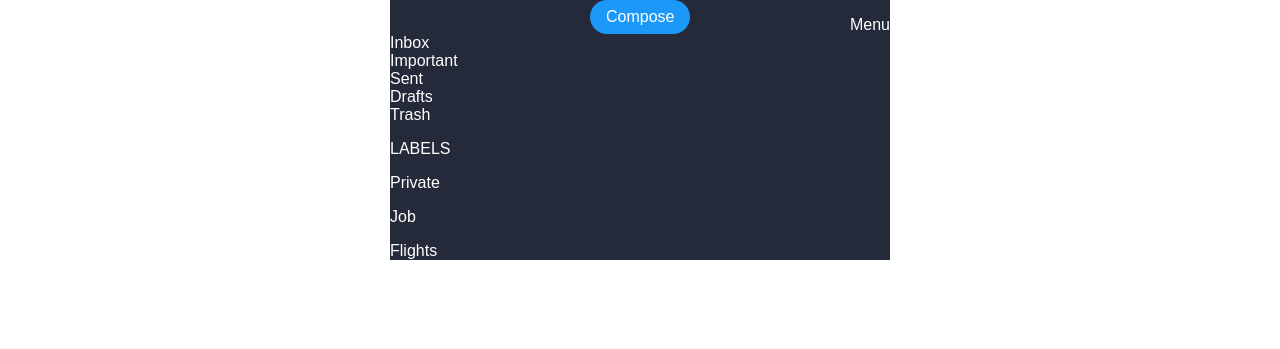
Repository: Gumiin/studia
Page: lesson4/index.html
These files come from the project's save history. The page is drawn as it stood at one moment and after the next save; the edit follows.
The browser window is 1280 px wide. The pictures show the whole page.

Above is the page before, as saved 2021-04-07 18:09:05.

### lesson4/index.html
<!DOCTYPE html>
<html lang="en">
<head>
    <meta charset="UTF-8">
    <meta http-equiv="X-UA-Compatible" content="IE=edge">
    <meta name="viewport" content="width=device-width, initial-scale=1.0">
    <title>Mail mobile part</title>
    <link rel="stylesheet" href="style.css">
</head>
<body>
    <div id="menus">
        <p id="menu">Menu</p>
        <a href=""><div id="compose">Compose</div></a>
        <nav>
            <a href=""><div class="menu">Inbox</div></a>
            <a href=""><div class="menu">Important</div></a>
            <a href=""><div class="menu">Sent</div></a>
            <a href=""><div class="menu">Drafts</div></a>
            <a href=""><div class="menu">Trash</div></a>
        </nav>
        <p>LABELS</p>
        <div id="labels">
            <p>
                <div class="label"></div>
            Private
            </p>
            <p>
                <div class="label"></div>
            Job
            </p>
            <p>
                <div class="label"></div>
            Flights
            </p>
        </div>
    </div>
    <div id="mails">
        <div class="mail"></div>
        <div class="mail"></div>
        <div class="mail"></div>
        <div class="mail"></div>
        <div class="mail"></div>
    </div>
    <div id="messenge">

    </div>
</body>
</html>

### lesson4/style.css
body{
    margin: 0px;
    border: 0px;
    max-width: 500px;
    height:100%;
    margin:auto;
    font-family: Arial, sans-serif;
    color: white;
}
#menus{
    background-color: #252a3a;
    font-size: 16px;
}
#menus a{
    text-decoration: none;
    color: white;
}
#menu{
    float: right;

}
#compose{
    background-color: #1B98F8;
    border: none;
    color: white;
    padding: 20px;
    text-align: center;
    text-decoration: none;
    display: inline-block;
    font-size: 16px;
    padding: 8px 16px;
    margin-left: 40%;
    border-radius: 20px;
    -
}

After the next save:
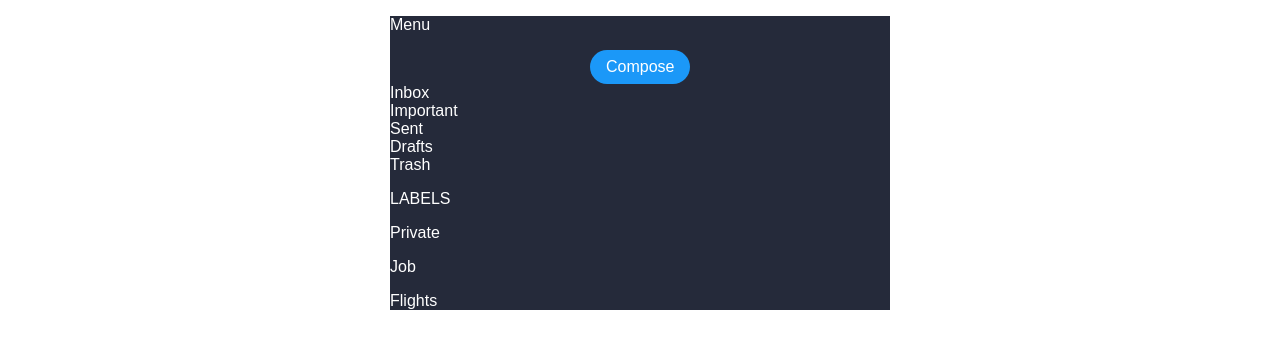
Saved 26 s later.
--- a/lesson4/index.html
+++ b/lesson4/index.html
@@ -9,7 +9,7 @@
 </head>
 <body>
     <div id="menus">
-        <p id="menu">Menu</p>
+        <p>Menu</p>
         <a href=""><div id="compose">Compose</div></a>
         <nav>
             <a href=""><div class="menu">Inbox</div></a>
